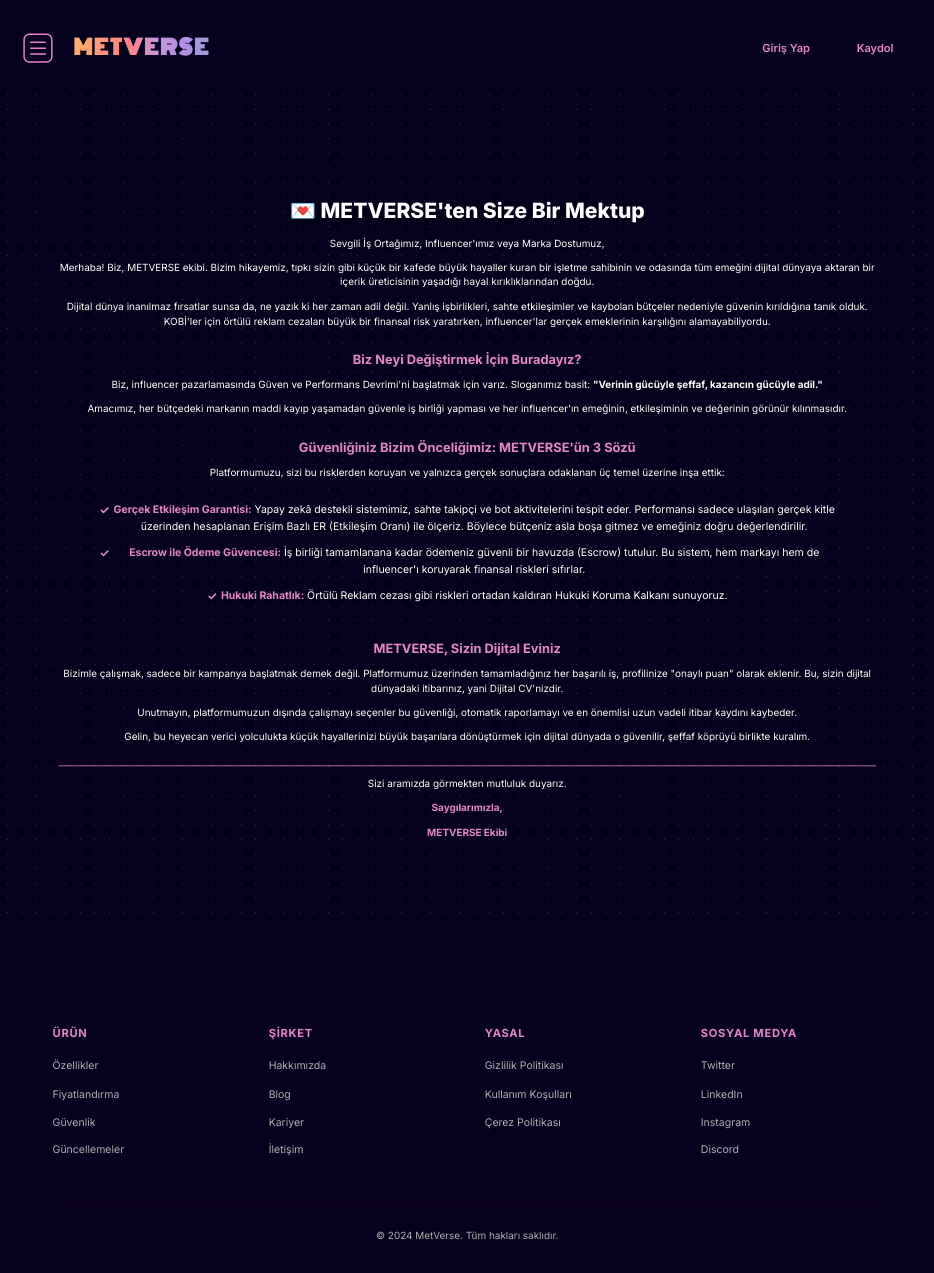
Repository: Irmaksuvari/metverse-github
Page: MetVerse Site/Hakkimizda.html
An editor plug-in stored every save of this project. The page is shown before and after the next save, followed by the edit.
The browser window is 1280 px wide. The pictures show the whole page, at 73% of full size.

Above is the page before, as saved 2025-12-21 00:22:46.

After the next save:
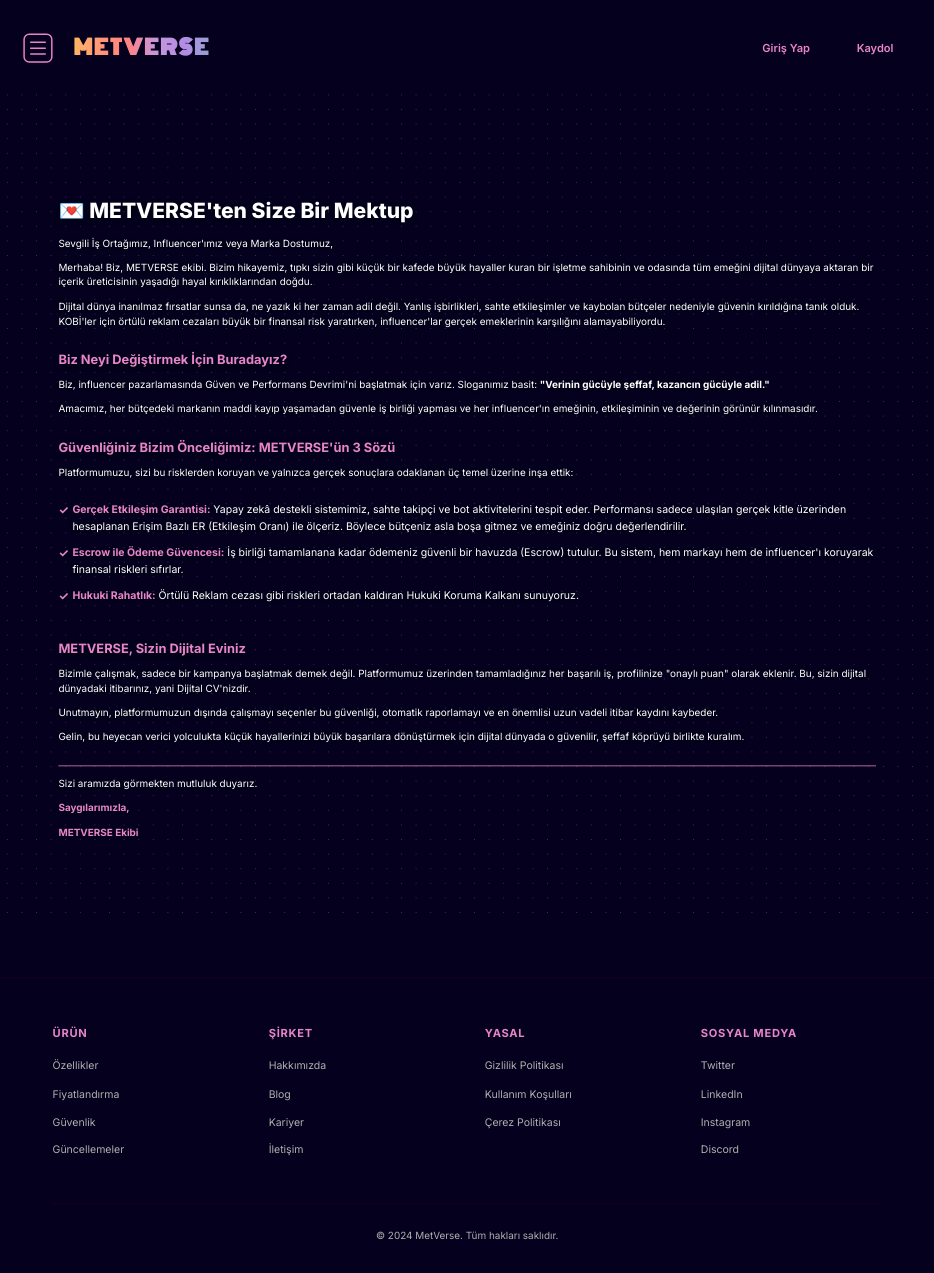
Saved 19 s later.
--- a/MetVerse Site/Hakkimizda.html
+++ b/MetVerse Site/Hakkimizda.html
@@ -40,7 +40,7 @@
             font-weight: 800;
             color: #ffffff;
             margin-bottom: 1rem;
-            text-align: center;
+            text-align: left;
             line-height: 1.2;
             text-shadow: 0 2px 8px rgba(0, 0, 0, 0.5);
         }
@@ -51,7 +51,7 @@
             color: #e885ca;
             margin-top: 1rem;
             margin-bottom: 0.6rem;
-            text-align: center;
+            text-align: left;
             text-shadow: 0 2px 8px rgba(0, 0, 0, 0.5);
         }
 
@@ -60,7 +60,7 @@
             color: #ffffff;
             line-height: 1.5;
             margin-bottom: 0.8rem;
-            text-align: center;
+            text-align: left;
             text-shadow: 0 1px 3px rgba(0, 0, 0, 0.5);
         }
 
@@ -70,7 +70,7 @@
             margin: 1rem 0 1.2rem 0;
             display: flex;
             flex-direction: column;
-            align-items: center;
+            align-items: flex-start;
         }
 
         .about-container li {
@@ -80,8 +80,8 @@
             margin-bottom: 0.8rem;
             padding-left: 1.5rem;
             position: relative;
-            text-align: center;
-            max-width: 90%;
+            text-align: left;
+            max-width: 100%;
             text-shadow: 0 1px 3px rgba(0, 0, 0, 0.5);
         }
 
@@ -104,7 +104,7 @@
             margin-top: 1rem;
             padding-top: 0.8rem;
             border-top: 2px solid rgba(232, 133, 202, 0.5);
-            text-align: center;
+            text-align: left;
             font-size: 0.85rem;
             color: #ffffff;
             line-height: 1.5;
